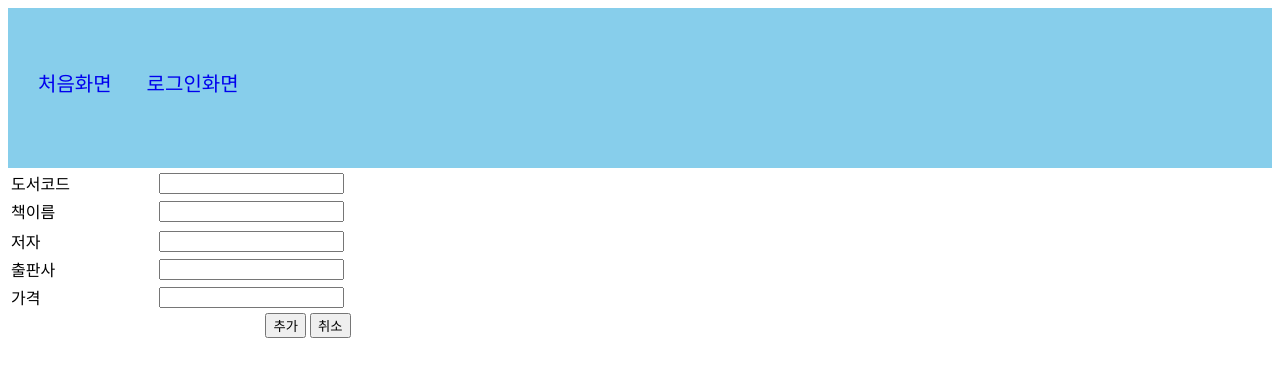
Repository: golddrone7/front
Page: http://localhost/bookproject2/book/bookInput.jsp
The author's editor kept a copy of each file at every save. The page is drawn from the files as they stood at one save, then again after the next save.
The browser window is 1280 px wide. The pictures show the whole page.
The page is served by Tomcat 9.

Above is the page before, as saved 2023-02-24 03:31:50.

After the next save:
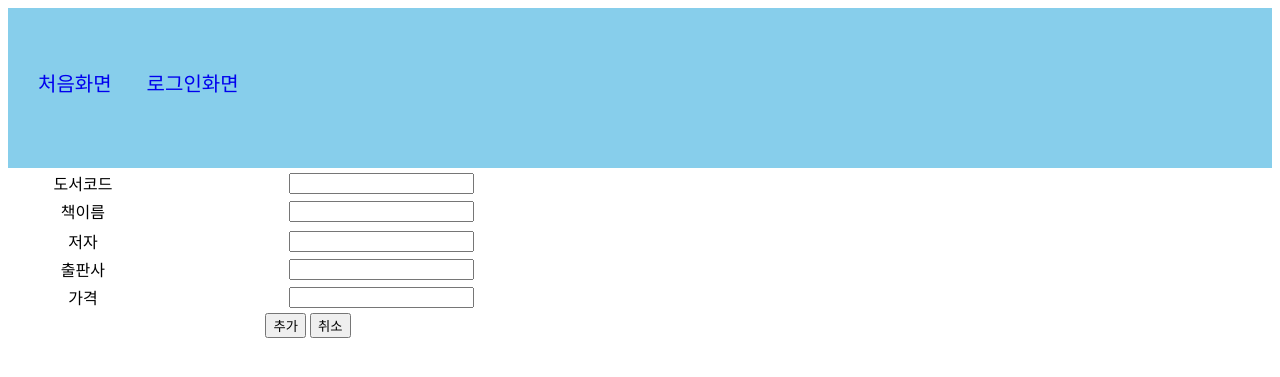
Saved 9 s later.
--- a/bookproject2/web/book/bookInput.jsp
+++ b/bookproject2/web/book/bookInput.jsp
@@ -3,7 +3,7 @@
 <%@ include file="../menu.jsp" %>
 
 
-<form action="../input" method="post">
+<form action="../input" method="post" align="center">
 <table border="0" width="600" >
 	<tr>
 		<td>도서코드</td>
